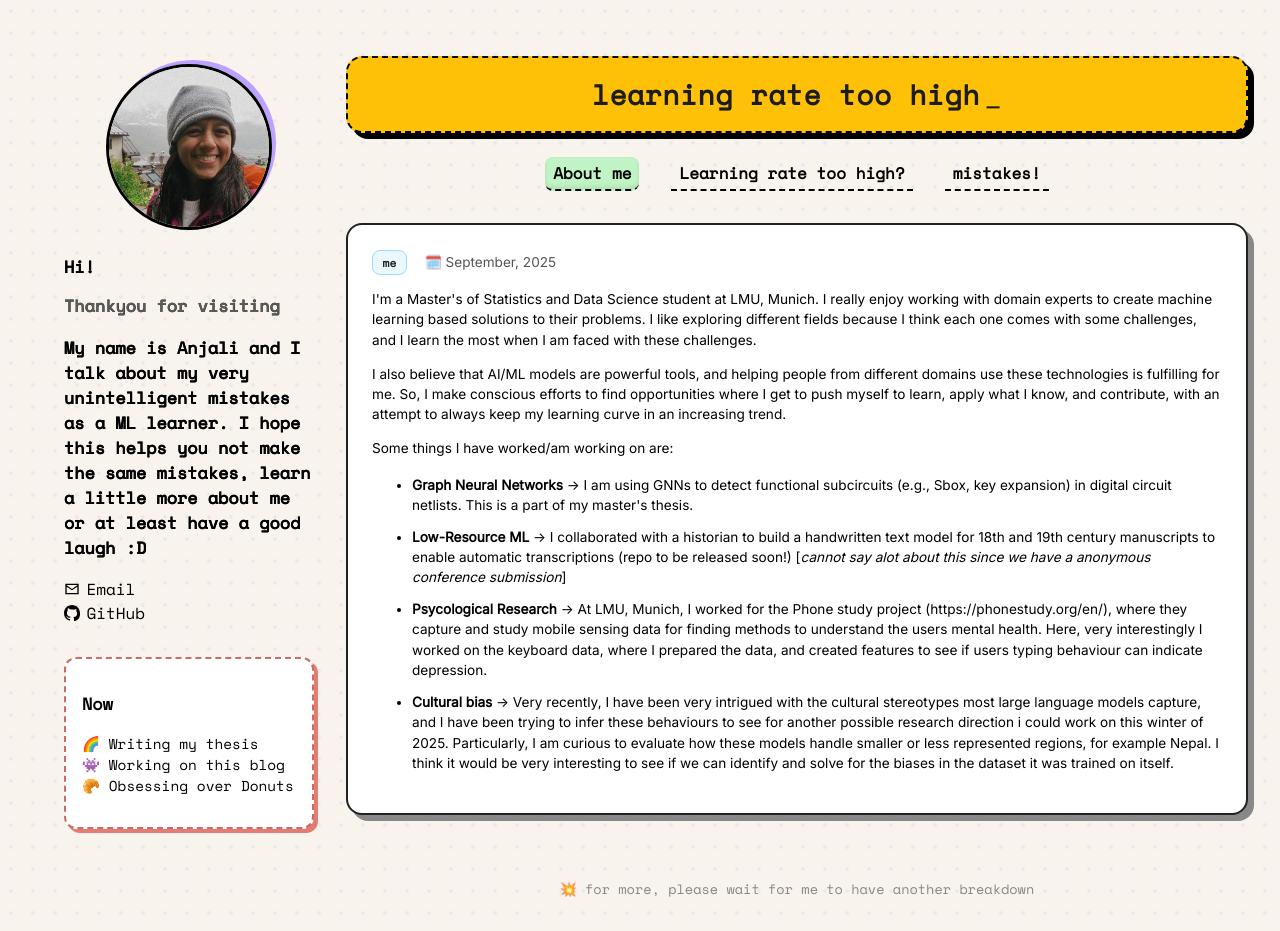
Repository: anjalisarawgi/learning_rate_too_high
Page: index.html
The author's editor kept a copy of each file at every save. The page is drawn from the files as they stood at one save, then again after the next save.
The browser window is 1280 px wide. The pictures show the whole page.

Above is the page before, as saved 2025-11-03 10:35:57.

### index.html
<!DOCTYPE html>
<html lang="en">
<head>
  <meta charset="UTF-8" />
  <meta name="viewport" content="width=device-width, initial-scale=1.0" />
  <meta name="title" content="Learning Rate Too High – Machine Learning Mistakes by Anjali Sarawgi">
  <meta name="description" content="A lighthearted blog documenting my ML experiments, mistakes, and lessons learned.">
  <meta name="author" content="Anjali Sarawgi">
  <meta name="robots" content="index, follow">
  <link rel="canonical" href="https://anjalisarawgi.github.io/learning_rate_too_high/">
  <title>learning rate too high</title>
  <!-- <link href="https://fonts.googleapis.com/css2?family=Space+Mono&family=Press+Start+2P&display=swap" rel="stylesheet"> -->
  <link href="https://fonts.googleapis.com/css2?family=Space+Mono&family=Press+Start+2P&family=Inter&display=swap" rel="stylesheet">
  <style>
    body {
      font-family: 'Space Mono', monospace;
      /* background-color: #fdfaf4; */
      margin: 0;
      padding: 2rem;
      /* background-image: radial-gradient(#ebe9e9 2px, transparent 1px); */
      background-image: radial-gradient(#ebe9e9 2px, transparent 2px);
      background-size: 22px 22px;
      background-color: #f8f3ed;
    }

    header {
      background: #FFC107;
      color: #1C1C1C;
      padding: 1rem 2rem;
      font-size: 1.75rem;
      font-weight: 700;
      font-family: 'Space Mono', monospace;
      border: 2px dashed #000;
      border-radius: 1rem;
      box-shadow: 6px 6px 0 #000;
      max-width: 900px;
      margin: 1.5rem auto;
      text-align: center;
      letter-spacing: 0.5px;
      transition: all 0.2s ease;

    }

    .cursor {
      display: inline-block;
      margin-left: 0.3rem;
      animation: blink 1s steps(2, start) infinite;
      font-weight: 400;
    }

    @keyframes blink {
      to {
        visibility: hidden;
      }
    }

    nav {
      display: flex;
      justify-content: center;
      gap: 2rem;
      margin: 1.5rem 0;
      flex-wrap: wrap;
    }

    nav a {
  text-decoration: none;
  color: #000;
  font-weight: bold;
  border-bottom: 2px dashed #000;
  padding: 0.25rem 0.5rem;
  transition: all 0.2s ease;
}

nav a:hover {
  background: #A9E6AE; /* slightly darker green */
  border-radius: 0.5rem;
  transform: scale(1.05);
}

nav a.active {
  background: #C1F4C5; /* light green */
  border-radius: 0.5rem;
  font-weight: 700;
  box-shadow: inset 0 -2px 4px rgba(0,0,0,0.1);
}

    .card {
      background: #fff;
      border: 2px solid #222;
      border-radius: 1rem;
      box-shadow: 6px 6px 0 #888;
      padding: 1.5rem;
      margin: 2rem auto;
      max-width: 900px;
      transition: all 0.2s ease;


    }

    .card:hover {
      box-shadow: 8px 8px 0 #aaa;
      transform: translate(-2px, -2px);
    }

    .card h2 {
      margin-top: 0;
      color: #222;
    }

    .card small {
      color: #555;
    }

    .tag {
      display: inline-block;
      background: #EAF8FF;
      color: #1C1C1C;
      border: 1px solid #A1D8FF;
      font-size: 0.7rem;
      font-weight: bold;
      padding: 0.2rem 0.6rem;
      margin-right: 0.5rem;
      border-radius: 0.5rem;
    }

    .footer-cta {
      text-align: center;
      margin-top: 4rem;
      font-size: 1rem;
    }

    .now-block {
      background: #fff ;
      font-size: 0.9rem;
      padding: 1rem;
      border-radius: 0.75rem;
      margin-top: 2rem;
      /* box-shadow: 4px 4px 0 #bca2ff; soft purple shadow */
      /* border: 2px dashed #8e72d6; retro purple border */
      box-shadow: 4px 4px 0 #e57c74; /* balanced warm red shadow */
  border: 2px dashed #cc6b64;   /* slightly deeper coral border */
      color: #000;
    }
    footer {
      text-align: center;
      margin-top: 4rem;
      color: #888;
      font-size:
       0.85rem;
    }

    .intro-bold {
      font-weight: 700;
      font-size: 1.05rem;
      /* color: #111; */
      text-shadow: 0.1px 0.1px #111
    }
    .cute-photo {
  width: 160px;
  height: 160px;
  object-fit: cover;
  border: 3px solid #000;
  box-shadow: 4px 4px 0 #bca2ff;
  /* box-shadow: 4px 4px 0 #a2d2ff; soft blue shadow */
    /* box-shadow: 4px 4px 0 #f4a7a0; pastel red shadow */
  background-color: #fff8e1;
  background: radial-gradient(circle at 30% 30%, #fff8e1 0%, #f2e3ff 80%);
  border-radius: 50%;
  margin: 0 auto 1.5rem auto;
  display: block;

  /* Proper flower mask pattern */
  mask: radial-gradient(circle at center, black 60%, transparent 61%)
        repeat-conic-gradient(black 0deg 20deg, transparent 20deg 40deg);
  -webkit-mask: radial-gradient(circle at center, black 60%, transparent 61%)
                repeat-conic-gradient(black 0deg 20deg, transparent 20deg 40deg);
  mask-composite: intersect;
  -webkit-mask-composite: destination-in;

  transition: transform 0.3s ease;
  transform: rotate(-90deg);
}

.cute-photo:hover {
  box-shadow: 0 0 10px rgba(188, 162, 255, 0.4);
  transform: scale(1.05);
}
    /* .cute-photo:hover {
  transform: rotate(2deg) scale(1.05);
  transition: all 0.3s ease;
} */
    /* Make text inside .card paragraphs and lists use Inter instead of Space Mono */
/* Card body text with smaller, cleaner font */
.card p,
.card li,
.card small {
  font-family: 'Inter', sans-serif;
  font-size: 0.85rem;       /* Smaller size */
  line-height: 1.5;         /* Keep good spacing */
}

/* Card headings stay Space Mono */
.card h2 {
  font-family: 'Space Mono', monospace;
  font-size: 1.3rem;         /* Optional: Slightly smaller heading too */
}
ul li {
  margin-bottom: 0.7rem; /* adjust value as needed */
  line-height: 1.6; /* optional: improves readability */
}
  </style>
</head>
<body>
  <div style="display: flex; max-width: 1400px; margin: 0 auto;">
    <aside style="width: 250px; padding: 2rem; font-family: 'Space Mono', monospace;">
      <img
      src="myphoto2.jpeg"
      alt="Anjali Sarawgi"
      class="cute-photo">
      <h2 class="intro-bold" style="margin-top: 0;">Hi!</h2>
      <h3 class="intro-bold" style="margin-top: 0; color: #5a5a5a;">Thankyou for visiting</h3>
      <p class="intro-bold">
        My name is <strong>Anjali</strong> and I talk about my very unintelligent mistakes as a ML learner. I hope this helps you not make the same mistakes, learn a little more about me or at least have a good laugh :D
      </p>

      <a href="mailto:anjali.sarawgi9@gmail.com" style="display: flex; align-items: center; gap: 0.4rem; text-decoration: none; color: #000;">
        <!-- Email Icon -->
        <svg xmlns="http://www.w3.org/2000/svg" width="16" height="16" fill="currentColor" viewBox="0 0 24 24">
          <path d="M2 4h20v16H2V4zm2 2v.511l8 5.334 8-5.334V6H4zm0 2.489V18h16V8.489l-8 5.333-8-5.333z"/>
        </svg>
        <span>Email</span>
      </a>

      <!-- <a href="https://www.linkedin.com/in/anjali-sarawgi" target="_blank" style="display: flex; align-items: center; gap: 0.4rem; text-decoration: none; color: #000;">
        <svg xmlns="http://www.w3.org/2000/svg" width="16" height="16" fill="currentColor" viewBox="0 0 24 24">
          <path d="M4.98 3.5C4.98 4.88 3.88 6 2.5 6S0 4.88 0 3.5 1.12 1 2.5 1 4.98 2.12 4.98 3.5zM.5 8.49h4V24h-4V8.49zm7.5 0h3.84v2.11h.05c.54-1.01 1.84-2.07 3.79-2.07 4.05 0 4.8 2.66 4.8 6.12V24h-4v-7.79c0-1.86-.03-4.26-2.59-4.26-2.59 0-2.99 2.02-2.99 4.11V24h-4V8.49z"/>
        </svg>
        <span>LinkedIn</span>
      </a> -->

      <!-- GitHub -->
      <a href="https://github.com/anjalisarawgi" target="_blank" style="display: flex; align-items: center; gap: 0.4rem; text-decoration: none; color: #000;">
        <svg xmlns="http://www.w3.org/2000/svg" width="16" height="16" fill="currentColor" viewBox="0 0 24 24">
          <path d="M12 0C5.37 0 0 5.37 0 12a12 12 0 008.21 11.43c.6.11.82-.26.82-.58v-2.02c-3.34.73-4.04-1.61-4.04-1.61-.55-1.38-1.35-1.75-1.35-1.75-1.1-.76.08-.74.08-.74 1.22.09 1.87 1.25 1.87 1.25 1.08 1.85 2.84 1.31 3.54 1 .11-.79.42-1.31.76-1.61-2.66-.3-5.47-1.33-5.47-5.91 0-1.31.47-2.38 1.24-3.22-.12-.3-.54-1.52.12-3.17 0 0 1-.32 3.29 1.23A11.45 11.45 0 0112 6.84c1.02.01 2.04.14 3 .42 2.29-1.55 3.29-1.23 3.29-1.23.66 1.65.24 2.87.12 3.17.77.84 1.24 1.91 1.24 3.22 0 4.6-2.82 5.61-5.5 5.91.43.37.81 1.09.81 2.21v3.27c0 .32.22.69.83.57A12 12 0 0024 12c0-6.63-5.37-12-12-12z"/>
        </svg>
        <span>GitHub</span>
      </a>


      <!-- Google Scholar -->
      <!-- <a href="https://scholar.google.com/citations?user=S54iOkAAAAAJ&hl=en" target="_blank" style="display: flex; align-items: center; gap: 0.4rem; text-decoration: none; color: #000;">
        <svg xmlns="http://www.w3.org/2000/svg" width="16" height="16" fill="currentColor" viewBox="0 0 24 24">
          <path d="M12 2L1 12l3.29 3.29L12 6.41l7.71 8.88L23 12zM12 8.5l-6 6V22h12v-7.5l-6-6z"/>
        </svg>
        <span>Google Scholar</span>
      </a> -->


      <div class="now-block">
        <h3>Now</h3>
        <p>🌈 Writing my thesis<br>👾 Working on this blog <br>🥐 Obsessing over Donuts</p>
      </div>
    </aside>

    <main style="flex: 1;">
      <header>learning rate too high<span class="cursor">_</span></header>
      <nav>
        <a href="#" data-tab="about" class="active" >About me</a>
        <a href="#" data-tab="loss-infinity">Learning rate too high?</a>
        <a href="#" data-tab="loss-infinity">mistakes!</a>
        <!-- <a href="#" data-tab="raw-text">uncertainity?</a> -->
        <!-- <a href="#" data-tab="wrong-script">wrong script AGAIN!</a> -->
        <!-- <a href="#" data-tab="wrong-script">package version/s</a> -->
        <!-- <a href="#" data-tab="wrong-script">parameters are IMP</a> -->
        <!-- <a href="#" data-tab="wrong-script">some research directions i think of</a> -->
        <!-- <a href="#" data-tab="wrong-script">the data problem</a> -->

        <!-- <a href="#" data-tab="shuffled-labels">shuffled labels</a> -->
      </nav>

      <div class="card" data-tab-content="wrong-script" style="display: none;">
        <div class="tag">bug</div><div class="tag">torch</div>
        <h2>correct code ... wrong script in training</h2>
        <small>🗓️ May, 2025</small>
        <p>I trained a model. I tweaked layers. I changed the loss function. I cursed PyTorch.<br>Nothing changed.<br><br>Turns out, I was editing <code>train.py</code> in folder A and running <code>train.py</code> in folder B. The curse was me.</p>
      </div>

      <div class="card" data-tab-content="loss-infinity" style="display: none;">
        <div class="tag">loss</div><div class="tag">div/0</div>
        <h2>loss infinity</h2>
        <small>🗓️ Jul 10, 2025</small>
        <p>My model diverged so hard it reached theological questions.<br>Turns out I forgot to normalize the input. Again. And again. And again...</p>
      </div>

      <div class="card" data-tab-content="raw-text" style="display: none;">
        <div class="tag">gnn</div><div class="tag">raw text</div>
        <h2>raw text to GNN</h2>
        <small>🗓️ Jun 5, 2025</small>
        <p>I tried putting raw text directly into a GNN.<br>It screamed. I listened.<br>Don't do it.</p>
      </div>

      <div class="card" data-tab-content="shuffled-labels" style="display: none;">
        <div class="tag">labels</div><div class="tag">oops</div>
        <h2>shuffled labels</h2>
        <small>🗓️ May 18, 2025</small>
        <p>I shuffled my data and accidentally shuffled the labels *separately*.<br>The model got creative, but not in a good way.</p>
      </div>

      <div class="card" data-tab-content="about" style="display: block;">
        <div class="tag">me</div>
        <!-- <h2>About me</h2> -->
        <small>🗓️ September, 2025</small>
        <!-- <h2>Hi, I'm Anjali ✨</h2> -->
        <p>I'm a Master's  of Statistics and Data Science student at LMU, Munich. I really enjoy working with domain experts to create machine learning based solutions to their problems. I like exploring different fields because I think each one comes with some challenges, and I learn the most when I am faced with these challenges.        </p>
        <p>I also believe that AI/ML models are powerful tools, and helping people from different domains use these technologies is fulfilling for me. So, I make conscious efforts to find opportunities where I get to push myself to learn, apply what I know, and contribute, with an attempt to always keep my learning curve in an increasing trend.</p>
        <p>Some things I have worked/am working on are:</p>
        <ul>
          <li><strong>Graph Neural Networks</strong> -> I am using GNNs to detect functional subcircuits (e.g., Sbox, key expansion) in digital circuit netlists. This is a part of my master's thesis.
          <li><strong>Low-Resource ML</strong> -> I collaborated with a historian to build a handwritten text model for 18th and 19th century manuscripts to enable automatic transcriptions (repo to be released soon!) [<i>cannot say alot about this since we have a anonymous conference submission</i>]
          <li><strong>Psycological Research</strong> -> At LMU, Munich, I worked for the Phone study project (https://phonestudy.org/en/), where they capture and study mobile sensing data for finding methods to understand the users mental health. Here, very interestingly I worked on the keyboard data, where I prepared the data, and created features to see if users typing behaviour can indicate depression.
          <li><strong>Cultural bias</strong> -> Very recently, I have been very intrigued with the cultural stereotypes most large language models capture, and I have been trying to infer these behaviours to see for another possible research direction i could work on this winter of 2025. Particularly, I am curious to evaluate how these models handle smaller or less represented regions, for example Nepal. I think it would be very interesting to see if we can identify and solve for the biases in the dataset it was trained on itself.
        </ul>

      </div>

      <footer>
        💥 for more, please wait for me to have another breakdown
      </footer>
    </main>
  </div>

  <!-- JS for tab switching -->
  <script>
    const tabs = document.querySelectorAll('nav a');
    const cards = document.querySelectorAll('[data-tab-content]');

    tabs.forEach(tab => {
      tab.addEventListener('click', (e) => {
        e.preventDefault();
        const target = tab.getAttribute('data-tab');

        // Hide all cards
        cards.forEach(card => {
          card.style.display = 'none';
        });

        // Remove 'active' class from all tabs
        tabs.forEach(t => t.classList.remove('active'));

        // Add 'active' to clicked tab
        tab.classList.add('active');

        // Show the matching card
        const activeCard = document.querySelector(`[data-tab-content="${target}"]`);
        if (activeCard) activeCard.style.display = 'block';
      });
    });
  </script>
</body>
</html>

After the next save:
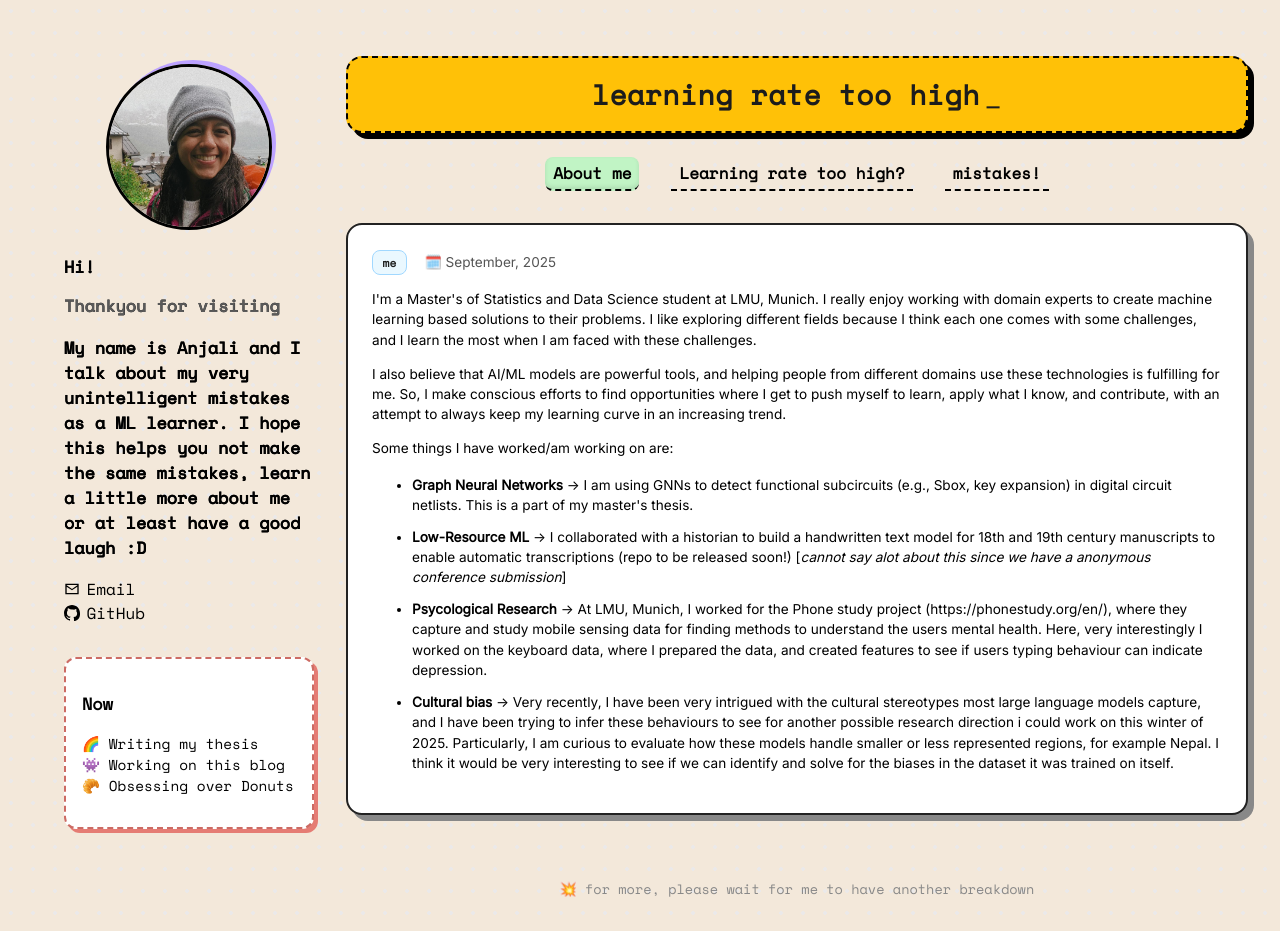
Saved 17 s later.
--- a/index.html
+++ b/index.html
@@ -20,7 +20,7 @@
       /* background-image: radial-gradient(#ebe9e9 2px, transparent 1px); */
       background-image: radial-gradient(#ebe9e9 2px, transparent 2px);
       background-size: 22px 22px;
-      background-color: #f8f3ed;
+      background-color: #f3e8da;
     }
 
     header {

After the save that followed:
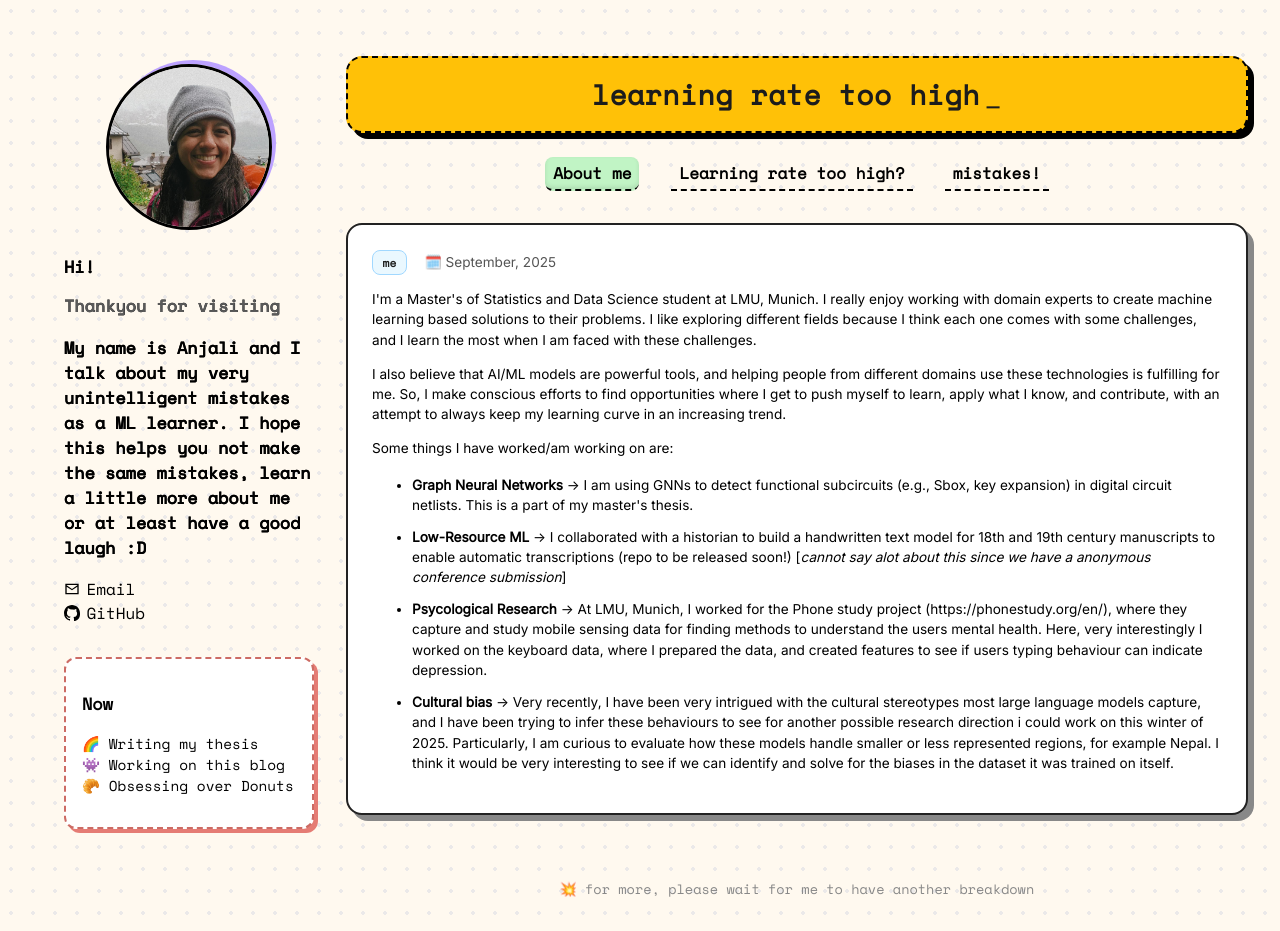
Saved 19 s later.
--- a/index.html
+++ b/index.html
@@ -20,7 +20,7 @@
       /* background-image: radial-gradient(#ebe9e9 2px, transparent 1px); */
       background-image: radial-gradient(#ebe9e9 2px, transparent 2px);
       background-size: 22px 22px;
-      background-color: #f3e8da;
+      background-color: #fff9ef;
     }
 
     header {
